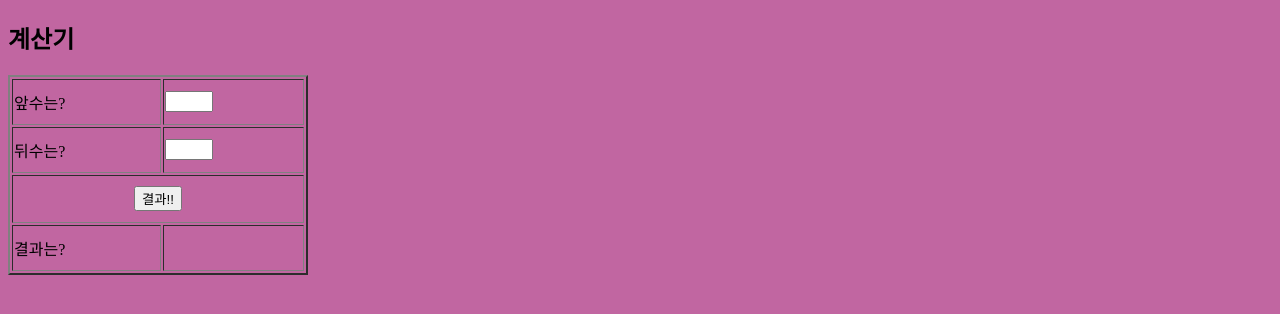
Repository: violetaplum/eclipseJSP
Page: http://localhost/JSP/calcTest.jsp
The author's editor kept a copy of each file at every save. The page is drawn from the files as they stood at one save, then again after the next save.
The browser window is 1280 px wide. The pictures show the whole page.
The page is served by Tomcat 9.

Above is the page before, as saved 2019-06-07 12:11:05.

After the next save:
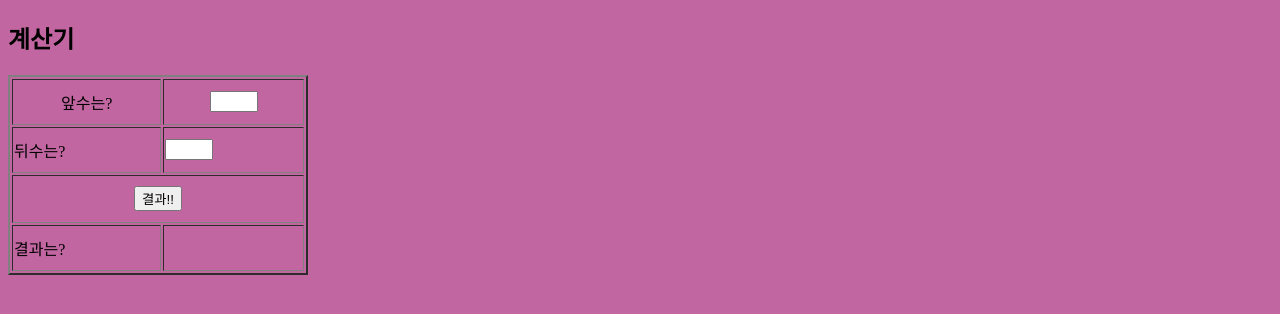
Saved 5 s later.
--- a/JSP/WebContent/calcTest.jsp
+++ b/JSP/WebContent/calcTest.jsp
@@ -14,8 +14,8 @@ body
 <body>
   <h2>계산기</h2>
 <table name="table" width="300" height="200" border="2px">
-  <tr>
-    <td >
+  <tr align="center">
+    <td>
       앞수는?
     </td>
     <td>
